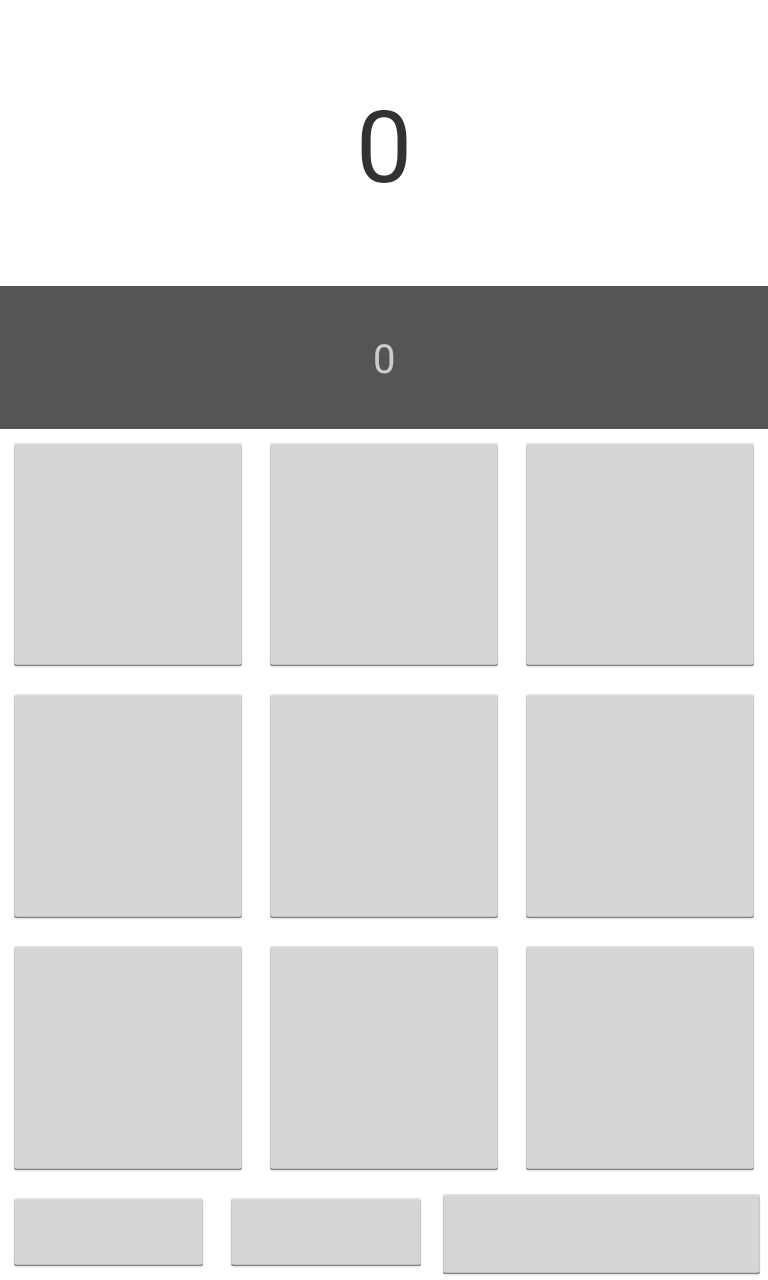
Repository: Wenfeng-GAO/Android-AppLites
Layout: RemoteControl/res/layout/fragment_remote_control.xml
The author's editor kept a copy of each file at every save. The layout is drawn from the files as they stood at one save, then again after the next save.
It is drawn on a 768 x 1280 px phone screen (xhdpi) without system bars, with theme AppTheme; the app's code is not run.

Above is the layout before, as saved 2014-12-22 19:21:23.

After the next save:
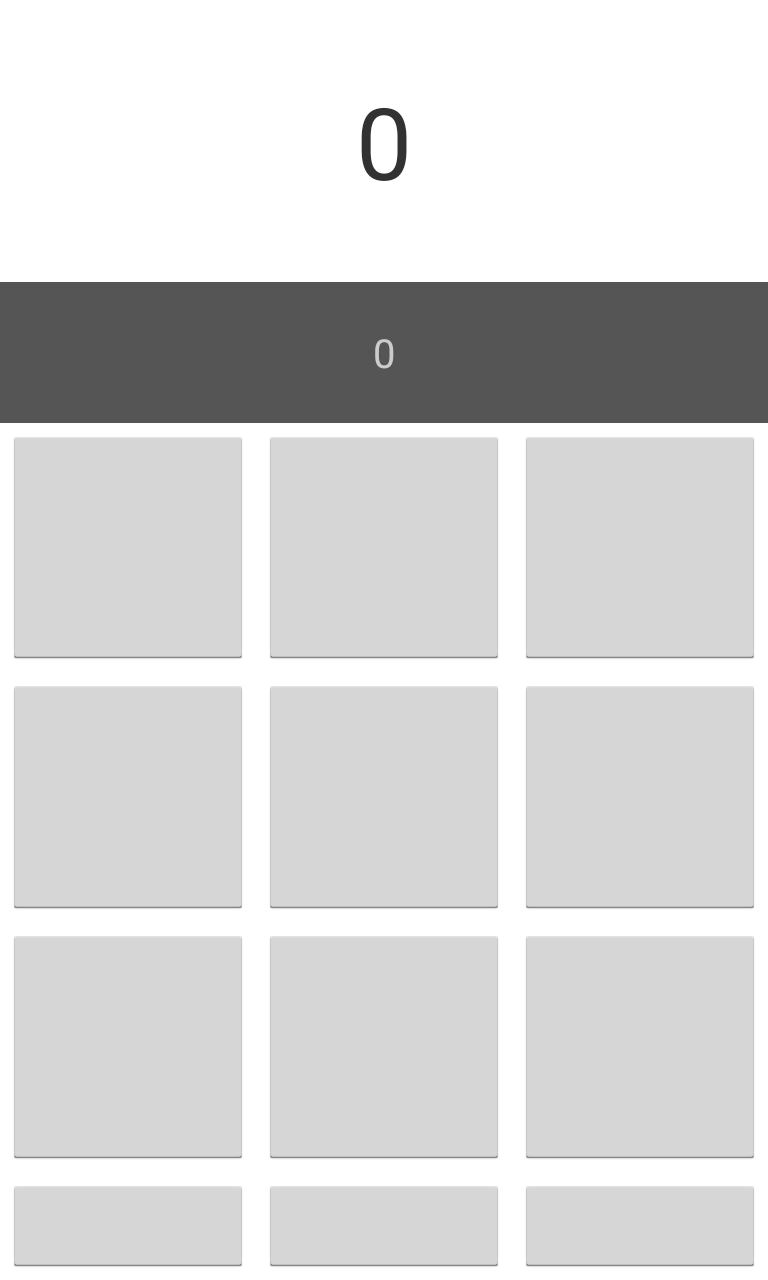
Saved 79 s later.
--- a/RemoteControl/res/values/styles.xml
+++ b/RemoteControl/res/values/styles.xml
@@ -26,7 +26,7 @@
         <item name="android:layout_margin">3dp</item>
     </style>
 
-    <style name="ControlButton">
+    <style name="ControlButton" parent="RemoteButton">
         <item name="android:textStyle" parent="RemoteButton">bold</item>
     </style>
 
